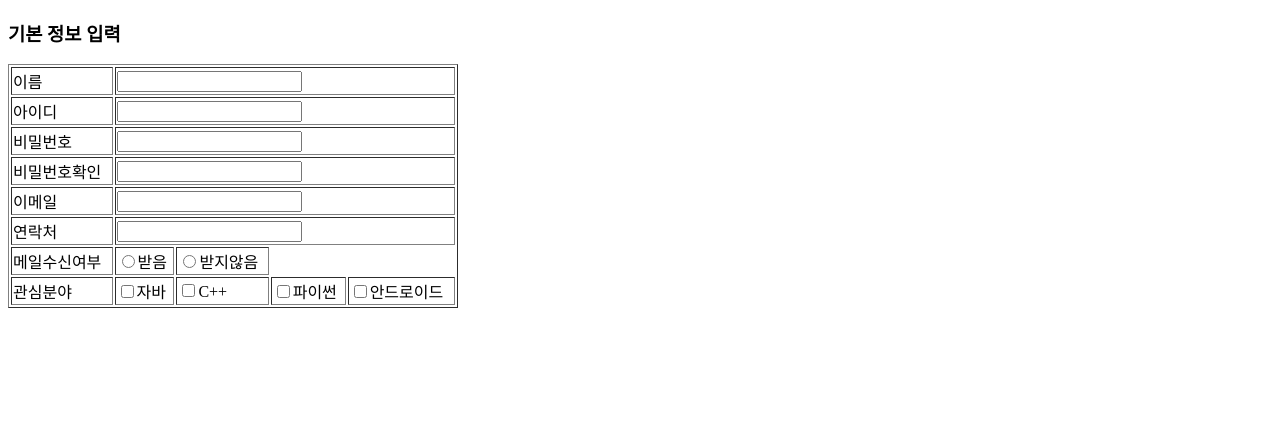
Repository: angelSuho/KCC_Learning_Repo
Page: Html/WebContent/mission03.html
These files come from the project's save history. The page is drawn as it stood at one moment and after the next save; the edit follows.
The browser window is 1280 px wide. The pictures show the whole page.

Above is the page before, as saved 2024-07-08 06:21:55.

After the next save:
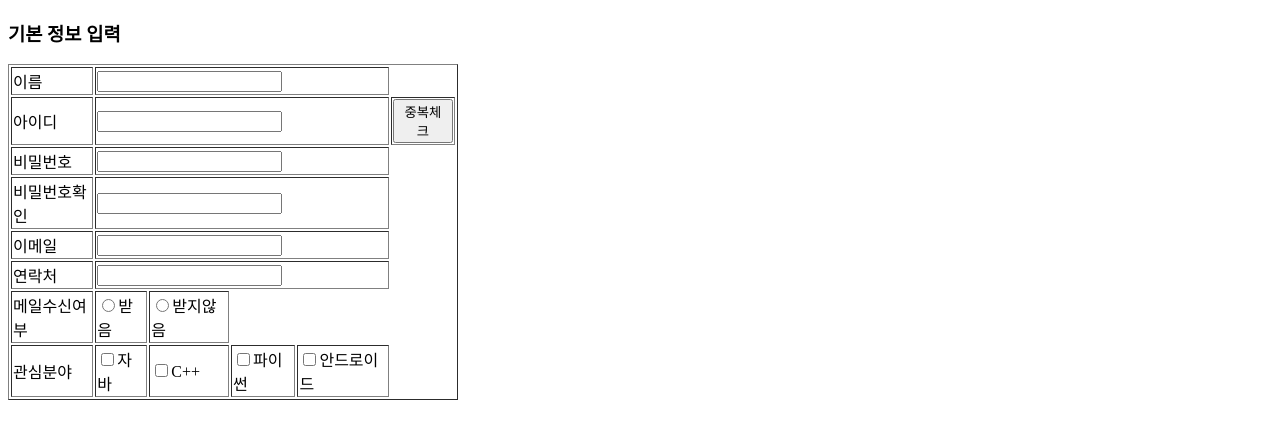
Saved 45 s later.
--- a/Html/WebContent/mission03.html
+++ b/Html/WebContent/mission03.html
@@ -19,6 +19,7 @@
 				<td colspan="4">
 					<input type="text" name="userId" id="id">
 				</td>
+				<td><button>중복체크</button></td>
 			</tr>
 			<tr>
 				<td>비밀번호</td>
